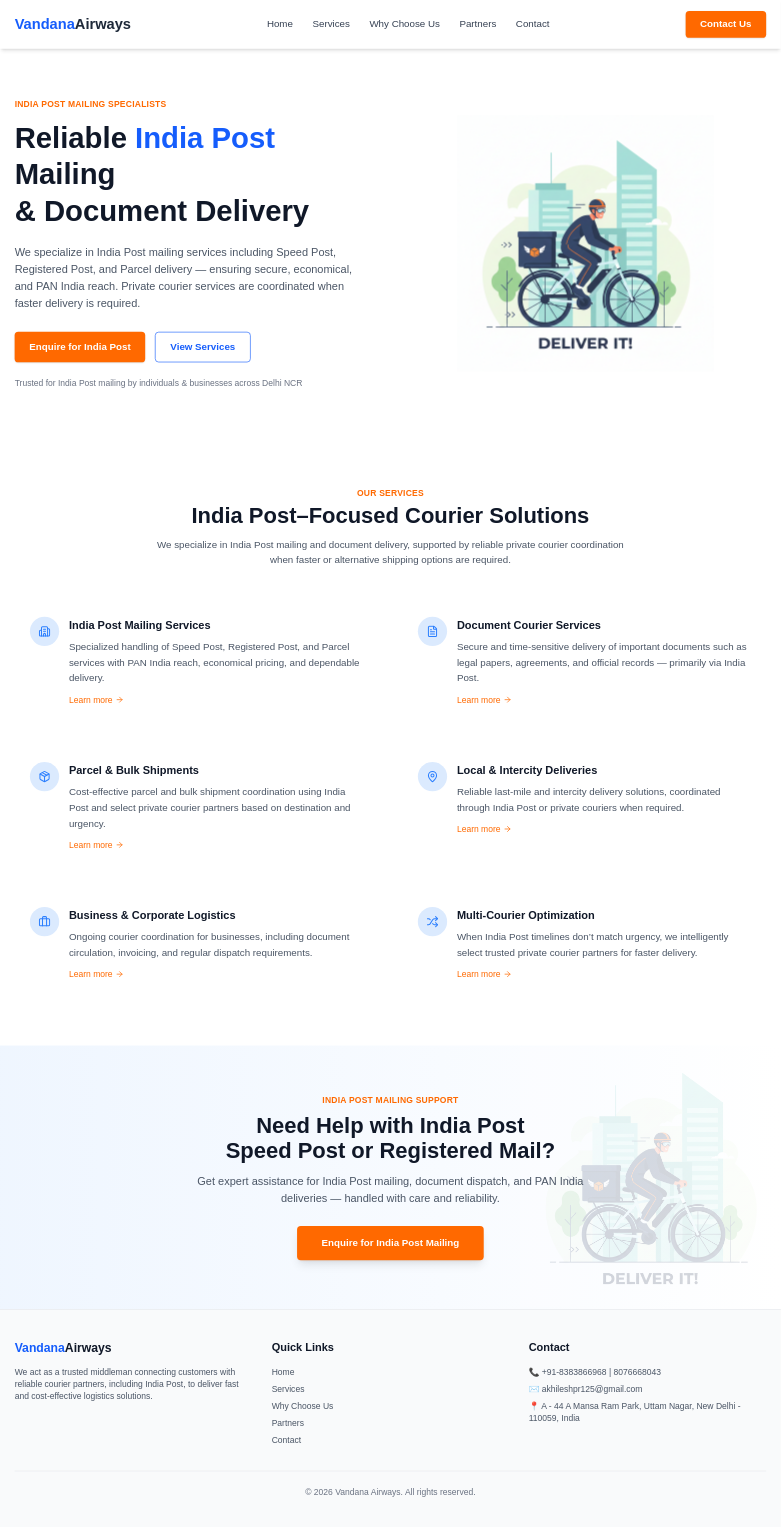
Repository: Rohit-foryou/Courier-Portfolio
Page: /
An editor plug-in stored every save of this project. The page is shown before and after the next save, followed by the edit.
The browser window is 1280 px wide. The pictures show the whole page, at 61% of full size.
The project was rebuilt for these pictures with package versions that can differ from the ones it lists, and the page was loaded fresh each time. The framework's server and built-in components were replaced by stand-ins that run in the browser. Also part of the build but not shown: next.config.ts.

Above is the page before, as saved 2026-02-11 01:09:37.

### app/layout.tsx
import "./globals.css";
import Navbar from "../components/Navbar";
import Footer from "../components/Fotter";

export const metadata = {
  title: "Courier Portfolio",
  description: "Courier & logistics service portfolio website",
};

export default function RootLayout({
  children,
}: {
  children: React.ReactNode;
}) {
  return (
    <html lang="en">
      <body>
        <Navbar />
        <main className="min-h-screen">{children}</main>
        <Footer />
      </body>
    </html>
  );
}

### app/page.tsx
import HeroSection from "../components/HeroSection";
import ServicesOverview from "../components/ServiceOverview";
import CTASection from "../components/CTASection";

export default function HomePage() {
  return (
    <>
      <HeroSection />
      <ServicesOverview />
      <CTASection />
    </>
  );
}

### components/Navbar.tsx
import Link from "next/link";

export default function Navbar() {
  return (
    <nav className="w-full bg-white sticky top-0 z-50 shadow-md">
      <div className="max-w-7xl mx-auto px-6">
        <div className="flex items-center justify-between h-20">

          {/* Logo */}
          <Link href="/" className="flex items-center">
            <span className="text-2xl font-bold text-blue-600">
              Vandana<span className="text-gray-800">Airways</span>
            </span>
          </Link>

          {/* Navigation Links */}
          <div className="hidden md:flex items-center space-x-8 text-gray-700 font-medium">
            {["Home", "Services", "Why Choose Us", "Partners", "Contact"].map(
              (item) => (
                <Link
                  key={item}
                  href={item === "Home" ? "/" : `/${item.toLowerCase().replace(/\s/g, "-")}`}
                  className="relative hover:text-blue-600 transition after:absolute after:left-0 after:-bottom-1 after:w-0 after:h-[2px] after:bg-orange-500 hover:after:w-full after:transition-all"
                >
                  {item}
                </Link>
              )
            )}
          </div>

          {/* CTA Button */}
          <Link
            href="/contact"
            className="bg-orange-500 text-white px-6 py-2.5 rounded-md font-semibold hover:bg-orange-600 transition shadow-sm"
          >
Contact Us          </Link>
        </div>
      </div>
    </nav>
  );
}

### components/Fotter.tsx
import Link from "next/link";

export default function Footer() {
  return (
    <footer className="bg-gray-50 border-t border-gray-200">
      <div className="max-w-7xl mx-auto px-6 py-12">
        <div className="grid grid-cols-1 md:grid-cols-3 gap-8">
          {/* Brand / About */}
          <div>
            <h3 className="text-xl font-bold text-blue-600">
  Vandana<span className="text-gray-900">Airways</span>
</h3>

            <p className="mt-4 text-gray-600 text-sm">
              We act as a trusted middleman connecting customers with reliable
              courier partners, including India Post, to deliver fast and
              cost-effective logistics solutions.
            </p>
          </div>

          {/* Quick Links */}
          <div>
            <h4 className="text-lg font-semibold text-gray-900 mb-4">
Quick Links</h4>
            <ul className="mt-4 space-y-2 text-sm">
              <li>
                <Link
                  href="/"
                  className="text-gray-600 hover:text-blue-600 transition"
                >
                  Home
                </Link>
              </li>
              <li>
                <Link
                  href="/services"
                  className="text-gray-600 hover:text-blue-600 transition"
                >
                  Services
                </Link>
              </li>
              <li>
                <Link
                  href="/why-choose-us"
                  className="text-gray-600 hover:text-blue-600 transition"
                >
                  Why Choose Us
                </Link>
              </li>
              <li>
                <Link
                  href="/partners"
                  className="text-gray-600 hover:text-blue-600 transition"
                >
                  Partners
                </Link>
              </li>
              <li>
                <Link
                  href="/contact"
                  className="text-gray-600 hover:text-blue-600 transition"
                >
                  Contact
                </Link>
              </li>
            </ul>
          </div>

          {/* Contact Info */}
          <div>
            <h4 className="text-lg font-semibold text-gray-900">Contact</h4>
            <ul className="mt-4 space-y-2 text-gray-600 text-sm">
              <li>📞 +91-8383866968 | 8076668043</li>
              <li>✉️ akhileshpr125@gmail.com</li>
              <li>
                📍 A - 44 A Mansa Ram Park, Uttam Nagar, New Delhi - 110059, India
              </li>
            </ul>
          </div>
        </div>

        {/* Bottom Bar */}
        <div className="mt-10 border-t border-gray-200 pt-6 text-center text-sm text-gray-500">
          © {new Date().getFullYear()} Vandana Airways. All rights reserved.
        </div>
      </div>
    </footer>
  );
}

### components/HeroSection.tsx
import Link from "next/link";
import Image from "next/image";

export default function HeroSection() {
  return (
    <section className="bg-white">
      <div className="max-w-7xl mx-auto px-6 py-20 grid grid-cols-1 md:grid-cols-2 gap-12 items-center">

        {/* Left Content */}
        <div>
          <p className="text-sm font-semibold text-orange-500 uppercase tracking-wide">
            India Post Mailing Specialists
          </p>

          <h1 className="mt-4 text-4xl md:text-5xl font-bold text-gray-900 leading-tight">
            Reliable <span className="text-blue-600">India Post</span> Mailing
            <br /> & Document Delivery
          </h1>

          <p className="mt-6 text-lg text-gray-600 max-w-xl">
            We specialize in India Post mailing services including Speed Post,
            Registered Post, and Parcel delivery — ensuring secure, economical,
            and PAN India reach. Private courier services are coordinated when
            faster delivery is required.
          </p>

          {/* CTA Buttons */}
          <div className="mt-8 flex flex-wrap gap-4">
            <Link
              href="/contact"
              className="bg-orange-500 text-white px-6 py-3 rounded-md font-semibold hover:bg-orange-600 transition shadow-sm"
            >
              Enquire for India Post
            </Link>

            <Link
              href="/services"
              className="border border-blue-600 text-blue-600 px-6 py-3 rounded-md font-semibold hover:bg-blue-50 transition"
            >
              View Services
            </Link>
          </div>

          {/* Trust Signal */}
          <p className="mt-6 text-sm text-gray-500">
            Trusted for India Post mailing by individuals & businesses across Delhi NCR
          </p>
        </div>

        {/* Right Visual */}
        <div className="flex justify-center">
          <Image
            src="/images/courier-illustration.png"
            alt="India Post mailing and courier coordination illustration"
            width={420}
            height={320}
            className="object-contain"
            priority
          />
        </div>
      </div>
    </section>
  );
}

### components/ServiceOverview.tsx
import ServiceCard from "./ServiceCard";
import {
  FileText,
  Package,
  Building2,
  MapPin,
  Briefcase,
  Shuffle,
} from "lucide-react";

export default function ServiceOverview() {
  return (
    <section className="bg-white py-20">
      <div className="max-w-7xl mx-auto px-6">

        {/* Section Header */}
        <div className="text-center max-w-3xl mx-auto">
          <p className="text-sm font-semibold text-orange-500 uppercase tracking-wide">
            Our Services
          </p>
          <h2 className="mt-2 text-3xl md:text-4xl font-bold text-gray-900">
            India Post–Focused Courier Solutions
          </h2>
          <p className="mt-4 text-gray-600">
            We specialize in India Post mailing and document delivery, supported
            by reliable private courier coordination when faster or alternative
            shipping options are required.
          </p>
        </div>

        {/* Services Grid */}
        <div className="mt-14 grid grid-cols-1 md:grid-cols-2 gap-10">

          {/* PRIMARY SERVICE */}
          <ServiceCard
            title="India Post Mailing Services"
            description="Specialized handling of Speed Post, Registered Post, and Parcel services with PAN India reach, economical pricing, and dependable delivery."
            icon={<Building2 size={20} />}
          />

          <ServiceCard
            title="Document Courier Services"
            description="Secure and time-sensitive delivery of important documents such as legal papers, agreements, and official records — primarily via India Post."
            icon={<FileText size={20} />}
          />

          <ServiceCard
            title="Parcel & Bulk Shipments"
            description="Cost-effective parcel and bulk shipment coordination using India Post and select private courier partners based on destination and urgency."
            icon={<Package size={20} />}
          />

          <ServiceCard
            title="Local & Intercity Deliveries"
            description="Reliable last-mile and intercity delivery solutions, coordinated through India Post or private couriers when required."
            icon={<MapPin size={20} />}
          />

          <ServiceCard
            title="Business & Corporate Logistics"
            description="Ongoing courier coordination for businesses, including document circulation, invoicing, and regular dispatch requirements."
            icon={<Briefcase size={20} />}
          />

          <ServiceCard
            title="Multi-Courier Optimization"
            description="When India Post timelines don’t match urgency, we intelligently select trusted private courier partners for faster delivery."
            icon={<Shuffle size={20} />}
          />
        </div>
      </div>
    </section>
  );
}

### components/CTASection.tsx
import Link from "next/link";
import Image from "next/image";

export default function CTASection() {
  return (
    <section className="relative overflow-hidden bg-gradient-to-r from-blue-50 to-white py-20">

      {/* Background Illustration */}
      <div className="absolute right-0 top-0 h-full w-1/3 opacity-20 hidden md:block pointer-events-none">
        <Image
          src="/images/courier-illustration.png"
          alt="India Post mailing illustration"
          fill
          className="object-contain"
        />
      </div>

      {/* Content */}
      <div className="relative max-w-4xl mx-auto text-center px-6">
        <p className="text-sm font-semibold text-orange-500 uppercase tracking-wide">
          India Post Mailing Support
        </p>

        <h2 className="mt-3 text-3xl md:text-4xl font-bold text-gray-900">
          Need Help with India Post
          <br className="hidden sm:block" /> Speed Post or Registered Mail?
        </h2>

        <p className="mt-4 text-gray-600 text-lg max-w-2xl mx-auto">
          Get expert assistance for India Post mailing, document dispatch,
          and PAN India deliveries — handled with care and reliability.
        </p>

        {/* SINGLE CTA */}
        <Link
          href="/contact"
          className="
            inline-block mt-8
            bg-orange-500 text-white
            px-10 py-4 rounded-md
            text-base font-semibold
            hover:bg-orange-600 hover:scale-[1.04]
            transition-all shadow-lg
          "
        >
          Enquire for India Post Mailing
        </Link>
      </div>
    </section>
  );
}

### components/ServiceCard.tsx
import Link from "next/link";
import { ArrowRight } from "lucide-react";
import { ReactNode } from "react";

type ServiceCardProps = {
  title: string;
  description: string;
  icon: ReactNode;
};

export default function ServiceCard({
  title,
  description,
  icon,
}: ServiceCardProps) {
  return (
    <div className="group flex gap-4 p-6 bg-white hover:bg-gray-50 transition rounded-lg border border-transparent hover:border-gray-200">

      {/* Icon */}
      <div className="flex-shrink-0">
        <div className="w-12 h-12 rounded-full bg-blue-100 flex items-center justify-center text-blue-500">
          {icon}
        </div>
      </div>

      {/* Content */}
      <div>
        <h3 className="text-lg font-semibold text-gray-900">
          {title}
        </h3>

        <p className="mt-2 text-gray-600 leading-relaxed">
          {description}
        </p>

        <Link
          href="/services"
          className="inline-flex items-center gap-1 mt-3 text-sm font-medium text-orange-500 hover:gap-2 transition-all"
        >
          Learn more <ArrowRight size={14} />
        </Link>
      </div>
    </div>
  );
}

Loaded but not shown: app/globals.css (common file)

After the next save:
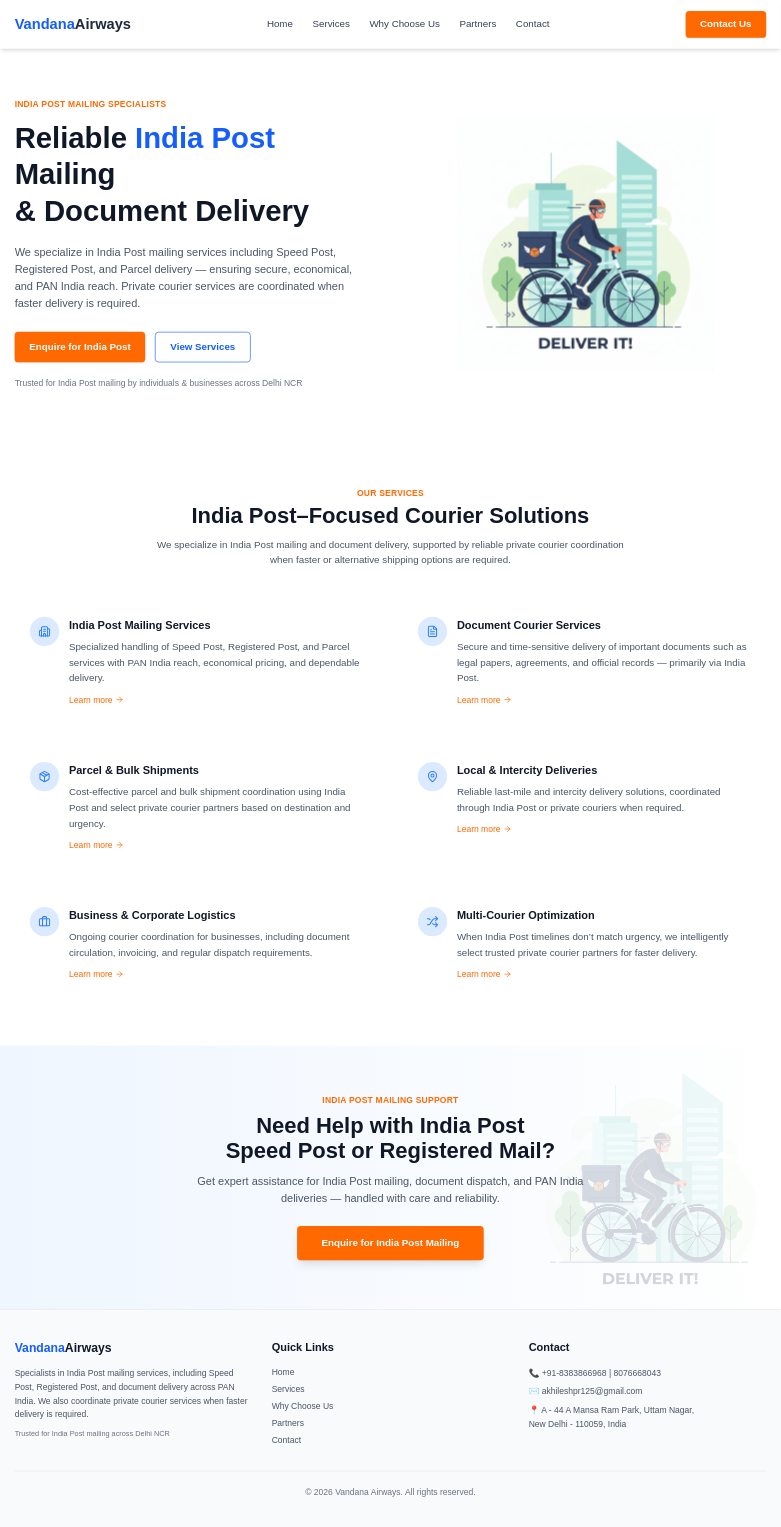
Saved 54 s later.
--- a/components/Fotter.tsx
+++ b/components/Fotter.tsx
@@ -5,75 +5,68 @@
     <footer className="bg-gray-50 border-t border-gray-200">
       <div className="max-w-7xl mx-auto px-6 py-12">
         <div className="grid grid-cols-1 md:grid-cols-3 gap-8">
+
           {/* Brand / About */}
           <div>
             <h3 className="text-xl font-bold text-blue-600">
-  Vandana<span className="text-gray-900">Airways</span>
-</h3>
+              Vandana<span className="text-gray-900">Airways</span>
+            </h3>
 
-            <p className="mt-4 text-gray-600 text-sm">
-              We act as a trusted middleman connecting customers with reliable
-              courier partners, including India Post, to deliver fast and
-              cost-effective logistics solutions.
+            <p className="mt-4 text-gray-600 text-sm leading-relaxed">
+              Specialists in India Post mailing services, including Speed Post,
+              Registered Post, and document delivery across PAN India. We also
+              coordinate private courier services when faster delivery is
+              required.
+            </p>
+
+            <p className="mt-3 text-xs text-gray-500">
+              Trusted for India Post mailing across Delhi NCR
             </p>
           </div>
 
           {/* Quick Links */}
           <div>
             <h4 className="text-lg font-semibold text-gray-900 mb-4">
-Quick Links</h4>
-            <ul className="mt-4 space-y-2 text-sm">
-              <li>
-                <Link
-                  href="/"
-                  className="text-gray-600 hover:text-blue-600 transition"
-                >
-                  Home
-                </Link>
-              </li>
-              <li>
-                <Link
-                  href="/services"
-                  className="text-gray-600 hover:text-blue-600 transition"
-                >
-                  Services
-                </Link>
-              </li>
-              <li>
-                <Link
-                  href="/why-choose-us"
-                  className="text-gray-600 hover:text-blue-600 transition"
-                >
-                  Why Choose Us
-                </Link>
-              </li>
-              <li>
-                <Link
-                  href="/partners"
-                  className="text-gray-600 hover:text-blue-600 transition"
-                >
-                  Partners
-                </Link>
-              </li>
-              <li>
-                <Link
-                  href="/contact"
-                  className="text-gray-600 hover:text-blue-600 transition"
-                >
-                  Contact
-                </Link>
-              </li>
+              Quick Links
+            </h4>
+            <ul className="space-y-2 text-sm">
+              {[
+                { name: "Home", href: "/" },
+                { name: "Services", href: "/services" },
+                { name: "Why Choose Us", href: "/why-choose-us" },
+                { name: "Partners", href: "/partners" },
+                { name: "Contact", href: "/contact" },
+              ].map((link) => (
+                <li key={link.name}>
+                  <Link
+                    href={link.href}
+                    className="
+                      text-gray-600
+                      hover:text-blue-600
+                      hover:underline
+                      underline-offset-4
+                      transition
+                    "
+                  >
+                    {link.name}
+                  </Link>
+                </li>
+              ))}
             </ul>
           </div>
 
           {/* Contact Info */}
           <div>
-            <h4 className="text-lg font-semibold text-gray-900">Contact</h4>
-            <ul className="mt-4 space-y-2 text-gray-600 text-sm">
+            <h4 className="text-lg font-semibold text-gray-900">
+              Contact
+            </h4>
+            <ul className="mt-4 space-y-2 text-gray-600 text-sm leading-relaxed">
               <li>📞 +91-8383866968 | 8076668043</li>
               <li>✉️ akhileshpr125@gmail.com</li>
               <li>
-                📍 A - 44 A Mansa Ram Park, Uttam Nagar, New Delhi - 110059, India
+                📍 A - 44 A Mansa Ram Park, Uttam Nagar,
+                <br />
+                New Delhi - 110059, India
               </li>
             </ul>
           </div>
